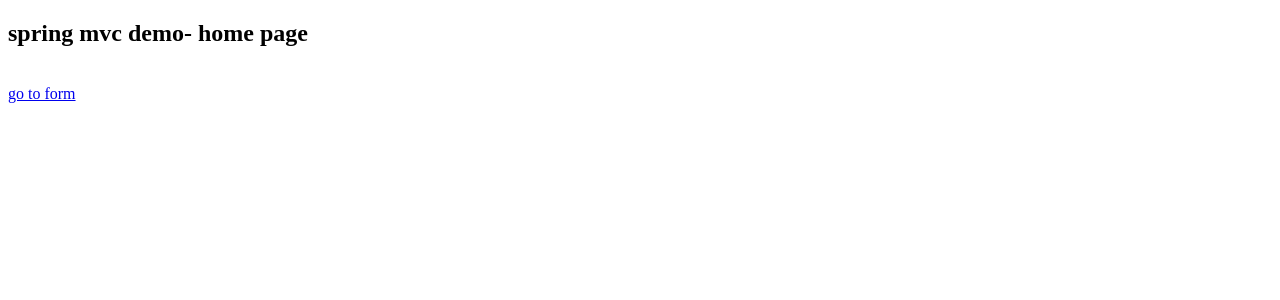
Repository: cs2252/spring-udemy
Page: http://localhost/spring-mvc-demo/
An editor plug-in stored every save of this project. The page is shown before and after the next save, followed by the edit.
The browser window is 1280 px wide. The pictures show the whole page.
The page is served by Tomcat 9.

Above is the page before, as saved 2020-06-16 07:38:54.

After the next save:
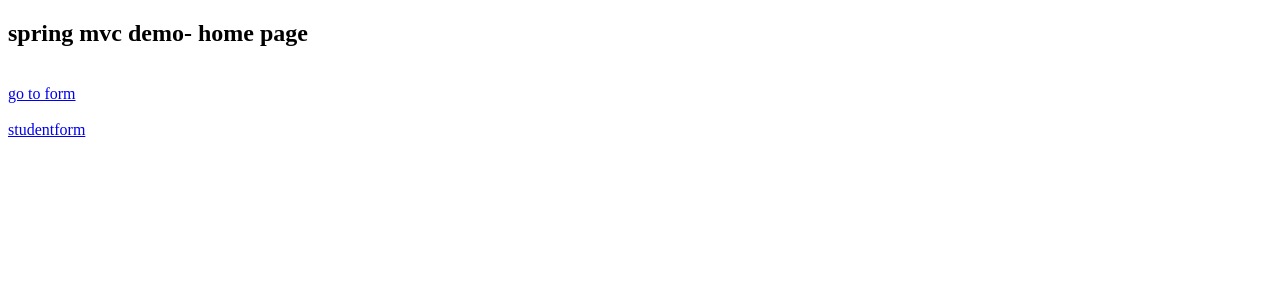
Saved 49 s later.
--- a/spring-mvc-demo/WebContent/WEB-INF/view/main-menu.jsp
+++ b/spring-mvc-demo/WebContent/WEB-INF/view/main-menu.jsp
@@ -4,5 +4,8 @@
 <h2>spring mvc demo- home page</h2>
  <br/>
  <a href="hello/showForm">go to form</a>
+
+ <br><br>
+ <a href="student/showForm">studentform</a>
 </body>
 </html>
